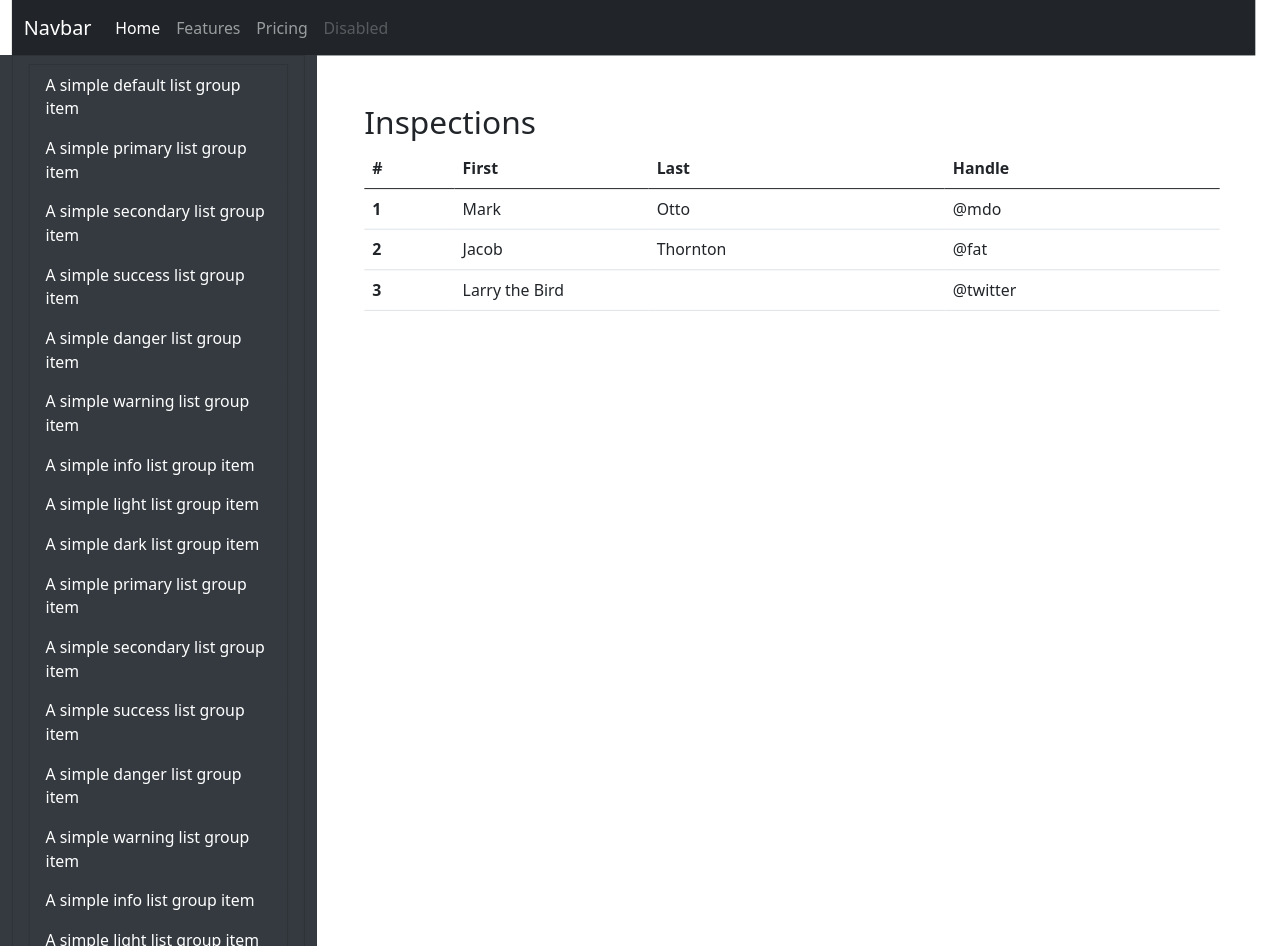
Repository: Dayvid0/BOOTSTRAP-TUTORIALS
Page: BOOTSTRAP-GRID-LAYOUTS/ibmexample.html
The author's editor kept a copy of each file at every save. The page is drawn from the files as they stood at one save, then again after the next save.
The browser window is 1280 px wide. The pictures show the whole page, at 99% of full size.

Above is the page before, as saved 2025-01-25 10:03:41.

### BOOTSTRAP-GRID-LAYOUTS/ibmexample.html
<!doctype html>
<html lang="en">
  <head>
    <!-- Required meta tags -->
    <meta charset="utf-8">
    <meta name="viewport" content="width=device-width, initial-scale=1">
    <title>IBM PRACTICE LAYOUT</title>
    <!-- Bootstrap CSS -->
    <link href="https://cdn.jsdelivr.net/npm/bootstrap@5.0.2/dist/css/bootstrap.min.css" rel="stylesheet" integrity="sha384-EVSTQN3/azprG1Anm3QDgpJLIm9Nao0Yz1ztcQTwFspd3yD65VohhpuuCOmLASjC" crossorigin="anonymous">
    <link rel="stylesheet" href="ibm-style.css"
  </head>
  <body>
    <div class="container-fluid">
      <nav class="navbar navbar-expand-lg navbar-dark bg-dark">
        <div class="container-fluid">
          <a class="navbar-brand" href="#">Navbar</a>
          <button class="navbar-toggler" type="button" data-bs-toggle="collapse" data-bs-target="#navbarNav" aria-controls="navbarNav" aria-expanded="false" aria-label="Toggle navigation">
            <span class="navbar-toggler-icon"></span>
          </button>
          <div class="collapse navbar-collapse" id="navbarNav">
            <ul class="navbar-nav">
              <li class="nav-item">
                <a class="nav-link active" aria-current="page" href="#">Home</a>
              </li>
              <li class="nav-item">
                <a class="nav-link" href="#">Features</a>
              </li>
              <li class="nav-item">
                <a class="nav-link" href="#">Pricing</a>
              </li>
              <li class="nav-item">
                <a class="nav-link disabled" href="#" tabindex="-1" aria-disabled="true">Disabled</a>
              </li>
            </ul>
          </div>
        </div>
      </nav>
    </div>
    <div class="container-fluid">
      <div class="row"> <!-- ./row-->
        <div class="col-3 sidebar">
          <ul class="list-group-item">
            <li class="list-group-item">A simple default list group item</li>
            <li class="list-group-item list-group-item-dark">A simple primary list group item</li>
            <li class="list-group-item list-group-item-dark">A simple secondary list group item</li>
            <li class="list-group-item list-group-item-dark">A simple success list group item</li>
            <li class="list-group-item list-group-item-dark">A simple danger list group item</li>
            <li class="list-group-item list-group-item-dark">A simple warning list group item</li>
            <li class="list-group-item list-group-item-dark">A simple info list group item</li>
            <li class="list-group-item list-group-item-dark">A simple light list group item</li>
            <li class="list-group-item list-group-item-dark">A simple dark list group item</li>
            <li class="list-group-item list-group-item-dark">A simple primary list group item</li>
            <li class="list-group-item list-group-item-dark">A simple secondary list group item</li>
            <li class="list-group-item list-group-item-dark">A simple success list group item</li>
            <li class="list-group-item list-group-item-dark">A simple danger list group item</li>
            <li class="list-group-item list-group-item-dark">A simple warning list group item</li>
            <li class="list-group-item list-group-item-dark">A simple info list group item</li>
            <li class="list-group-item list-group-item-dark">A simple light list group item</li>
          </ul>
        </div><!-- ./col-3-->
        <div class=" main-content col-9 p-5">
        <h2>Inspections</h2>
        <table class="table">
          <thead>
            <tr>
              <th scope="col">#</th>
              <th scope="col">First</th>
              <th scope="col">Last</th>
              <th scope="col">Handle</th>
            </tr>
          </thead>
          <tbody>
            <tr>
              <th scope="row">1</th>
              <td>Mark</td>
              <td>Otto</td>
              <td>@mdo</td>
            </tr>
            <tr>
              <th scope="row">2</th>
              <td>Jacob</td>
              <td>Thornton</td>
              <td>@fat</td>
            </tr>
            <tr>
              <th scope="row">3</th>
              <td colspan="2">Larry the Bird</td>
              <td>@twitter</td>
            </tr>
          </tbody>
        </table>
        </div><!-- ./col-9-->
      </div><!-- ./row -->
    </div><!-- ./container-fluid -->
    <script src="https://cdn.jsdelivr.net/npm/bootstrap@5.0.2/dist/js/bootstrap.bundle.min.js" integrity="sha384-MrcW6ZMFYlzcLA8Nl+NtUVF0sA7MsXsP1UyJoMp4YLEuNSfAP+JcXn/tWtIaxVXM" crossorigin="anonymous"></script>
  </body>
</html>

### BOOTSTRAP-GRID-LAYOUTS/ibm-style.css
.sidebar {
  background-color: #343a40;
  max-height: 900px;
  overflow-y: scroll;
}
.list-group-item {
  background-color: transparent;
  color: white;
  border-bottom: 1px grey;
}
.main-content {
  background-color: e9e9e9;
}

After the next save:
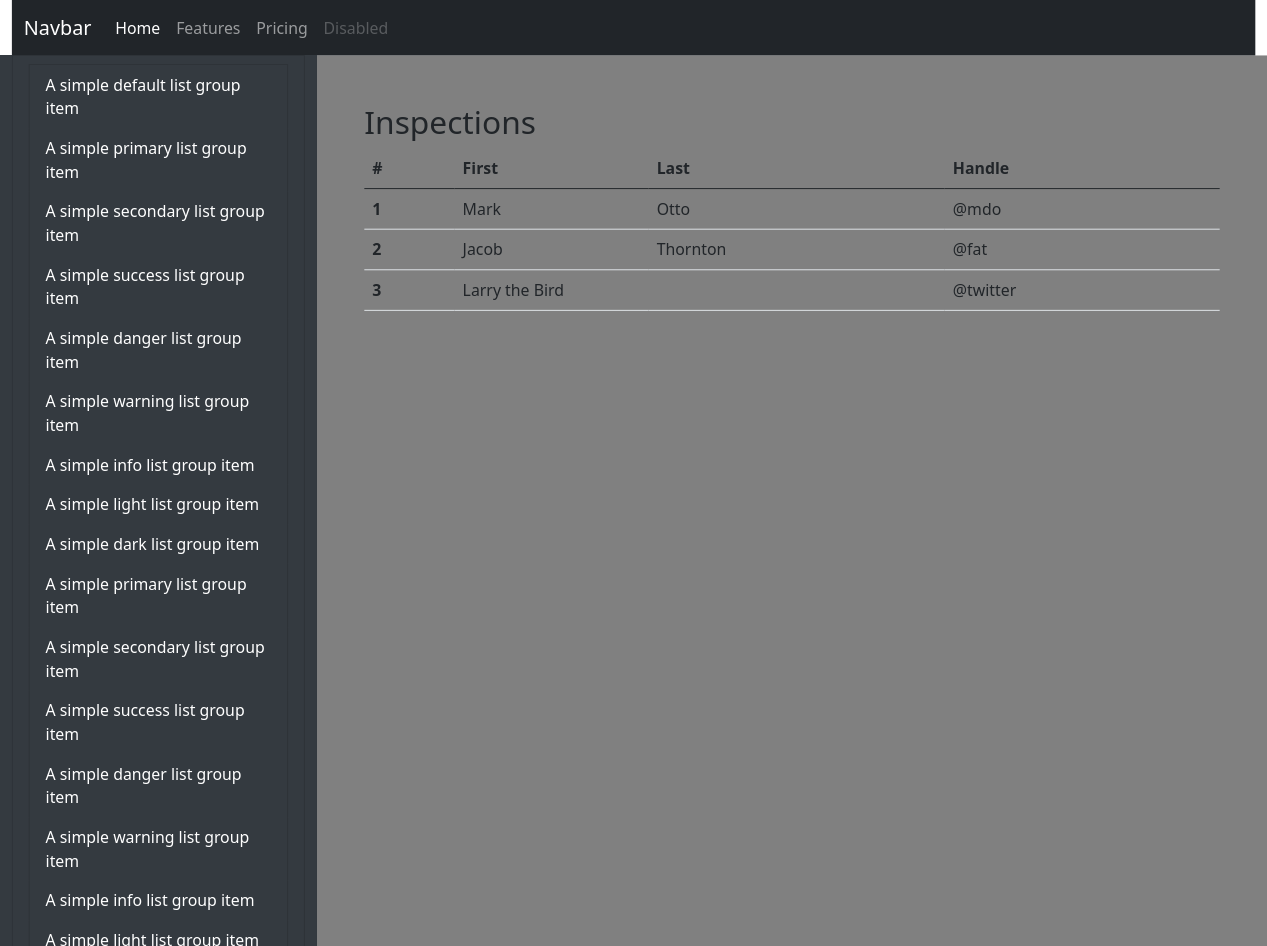
Saved 17 s later.
--- a/BOOTSTRAP-GRID-LAYOUTS/ibm-style.css
+++ b/BOOTSTRAP-GRID-LAYOUTS/ibm-style.css
@@ -9,5 +9,5 @@
   border-bottom: 1px grey;
 }
 .main-content {
-  background-color: e9e9e9;
+  background-color: grey;
 }

After the save that followed:
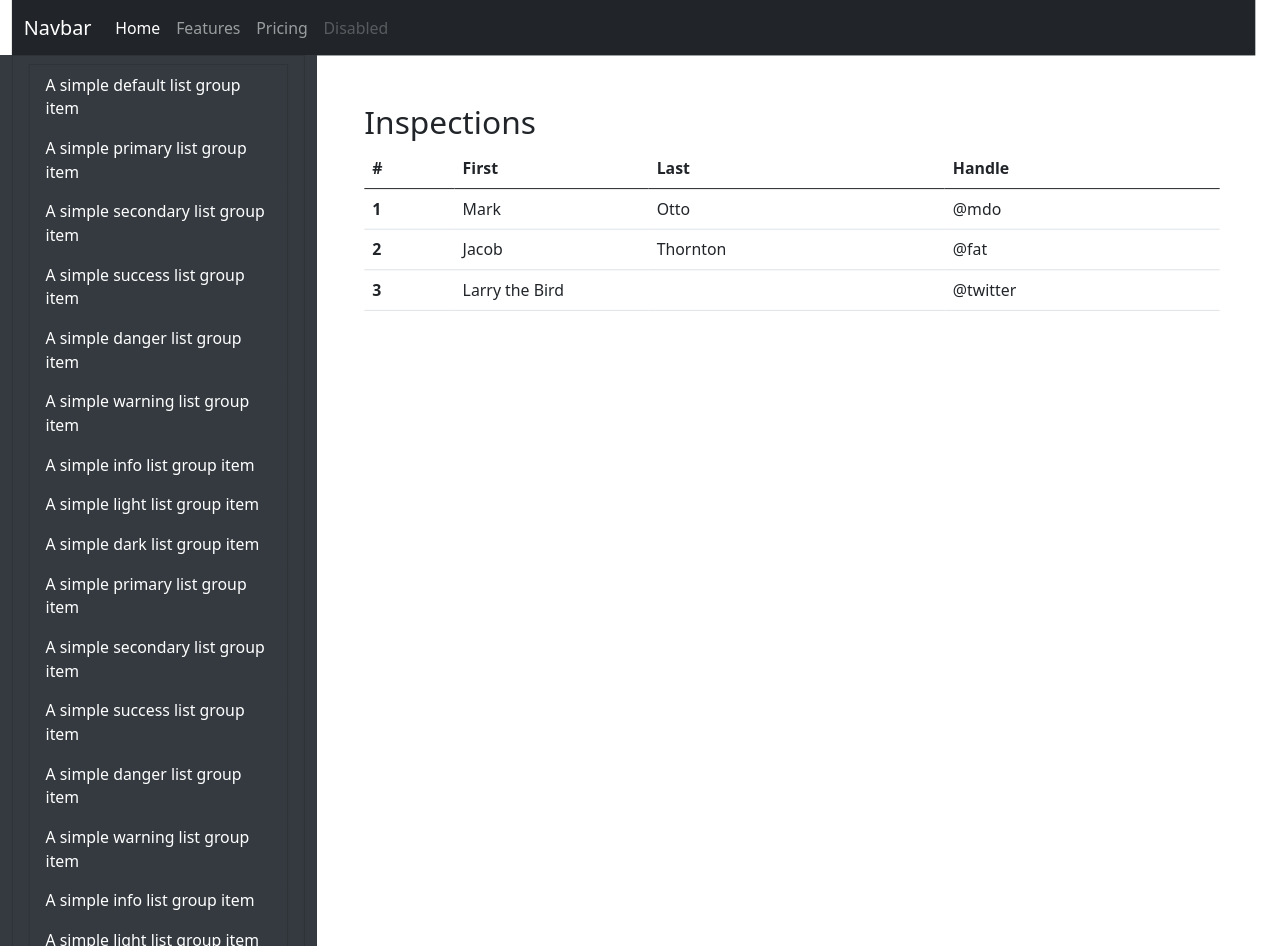
Saved 10 s later.
--- a/BOOTSTRAP-GRID-LAYOUTS/ibm-style.css
+++ b/BOOTSTRAP-GRID-LAYOUTS/ibm-style.css
@@ -9,5 +9,5 @@
   border-bottom: 1px grey;
 }
 .main-content {
-  background-color: grey;
+  background-color: e9e9e9;
 }
